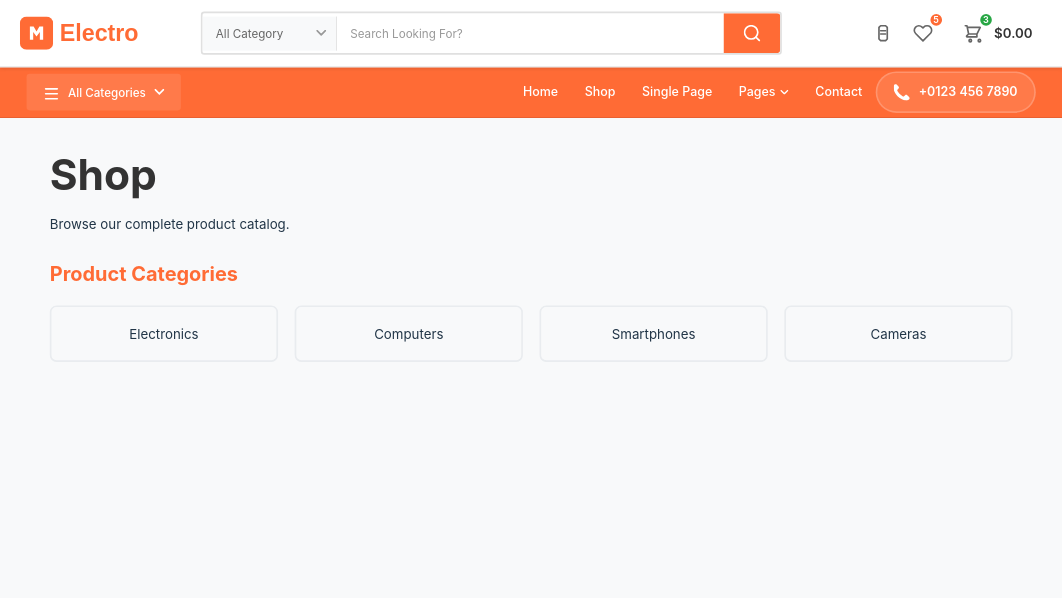
Repository: HoangKhangKhuPho4/react-electro-store
Page: /shop (app in my-react-app/)
These files come from the project's save history. The page is drawn as it stood at one moment and after the next save; the edit follows.
The browser window is 1280 px wide. The pictures show the whole page, at 83% of full size.
The project was rebuilt for these pictures with package versions that can differ from the ones it lists, and the page was loaded fresh each time. Also part of the build but not shown: my-react-app/vite.config.js, my-react-app/src/components/Banner/Carousel.css, my-react-app/src/components/Banner/Carousel.jsx, my-react-app/src/components/Banner/ProductPromotion.css, my-react-app/src/components/Banner/ProductPromotion.jsx, my-react-app/src/components/Banner/Banner.css, my-react-app/src/components/Banner/Banner.jsx, my-react-app/src/components/Banner/index.js and 14 more.

Above is the page before, as saved 2025-09-23 23:16:00.

After the next save:
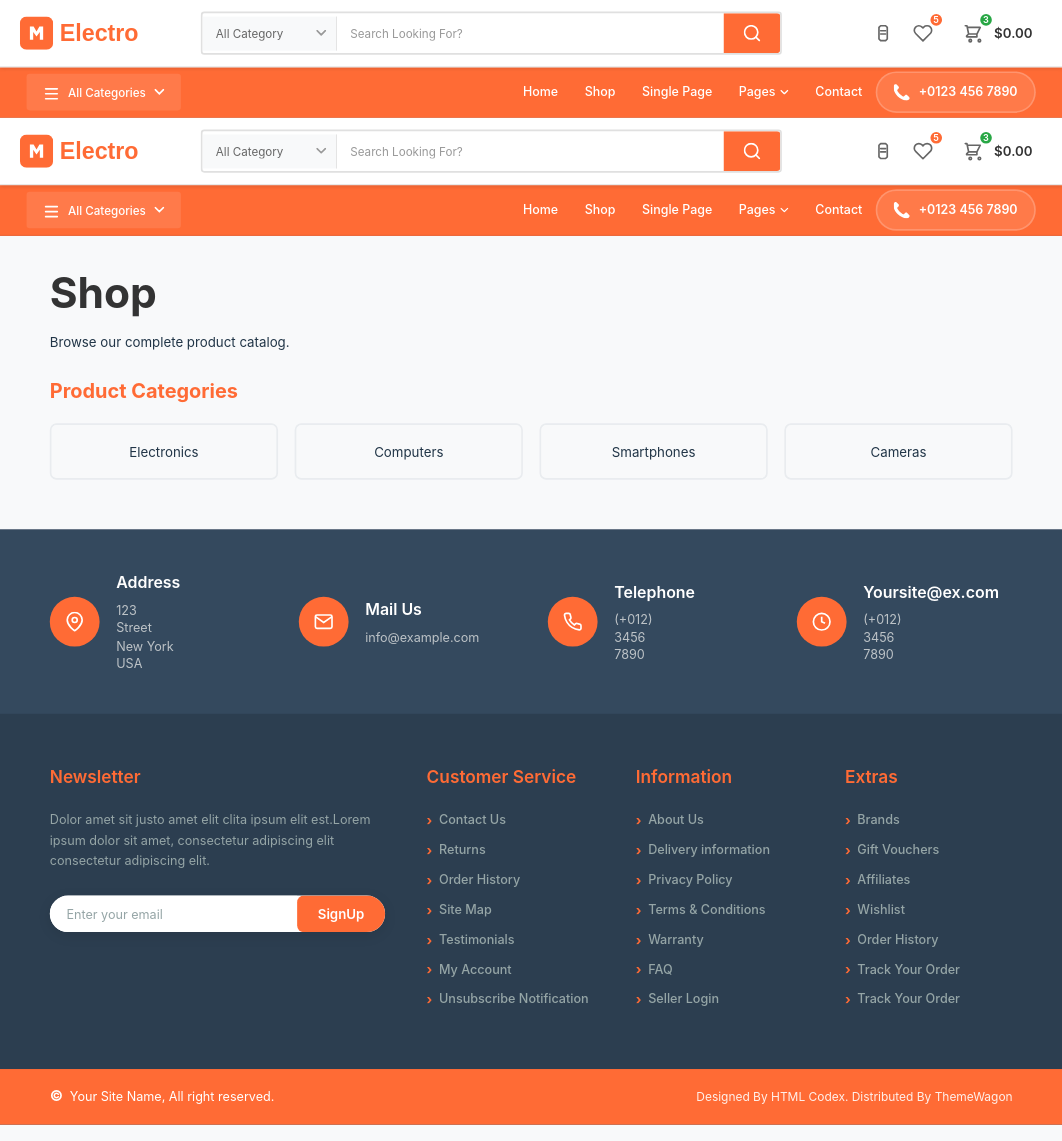
Saved 19 s later.
--- a/my-react-app/src/pages/Shop.jsx
+++ b/my-react-app/src/pages/Shop.jsx
@@ -1,18 +1,27 @@
+// TRƯỚC: Shop KHÔNG có Header, Navigation, Footer
+// SAU: Shop TỰ ĐỘNG có Header, Navigation, Footer nhờ Layout!
+
+import { MainLayout } from "../layouts";
+
 const Shop = () => {
   return (
-    <div className="page-container">
-      <h1>Shop</h1>
-      <p>Browse our complete product catalog.</p>
-      <div className="shop-content">
-        <h2>Product Categories</h2>
-        <div className="categories-grid">
-          <div className="category-card">Electronics</div>
-          <div className="category-card">Computers</div>
-          <div className="category-card">Smartphones</div>
-          <div className="category-card">Cameras</div>
+    <MainLayout>
+      {/* CHỈ CÒN CONTENT RIÊNG CỦA TRANG SHOP */}
+      <div className="page-container">
+        <h1>Shop</h1>
+        <p>Browse our complete product catalog.</p>
+        <div className="shop-content">
+          <h2>Product Categories</h2>
+          <div className="categories-grid">
+            <div className="category-card">Electronics</div>
+            <div className="category-card">Computers</div>
+            <div className="category-card">Smartphones</div>
+            <div className="category-card">Cameras</div>
+          </div>
         </div>
       </div>
-    </div>
+      {/* Header, Navigation, Footer TỰ ĐỘNG CÓ RỒI! */}
+    </MainLayout>
   );
 };
 
